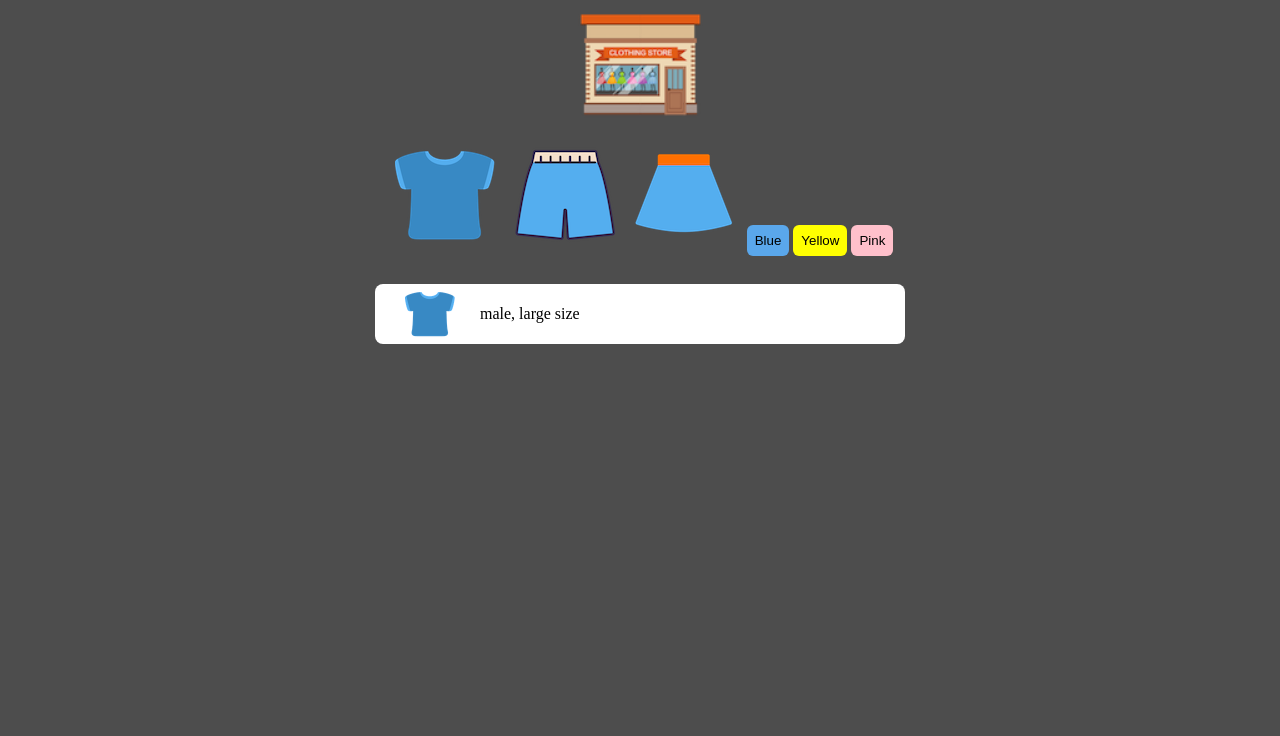
Repository: keehoonjung/Shoppingmall-Game
Page: index.html
These files come from the project's save history. The page is drawn as it stood at one moment and after the next save; the edit follows.
The browser window is 1280 px wide. The pictures show the whole page.

Above is the page before, as saved 2021-08-12 19:25:18.
Console error: TypeError: Cannot read properties of null (reading 'addEventListener')

### index.html
<!DOCTYPE html>
<html lang="en">
<head>
    <meta charset="UTF-8">
    <meta http-equiv="X-UA-Compatible" content="IE=edge">
    <meta name="viewport" content="width=device-width, initial-scale=1.0">
    <title>Shoppingamll Game</title>
    <link rel="stylesheet" href="style.css">
    <script src="main.js" defer></script>
</head>
<body>
    <header class="header">
        <img src="./imgs/logo.png" alt="header" class="header__logo">
    </header>
    <section class="buttons type">
        <button class="button">
            <img src="./imgs/blue_t.png" alt="shirt" class="button__img">
        </button>
        <button class="button type">
            <img src="./imgs/blue_p.png" alt="pants" class="button__img">
        </button>
        <button class="button type">
            <img src="./imgs/blue_s.png" alt="" class="button__img">
        </button>
        <button class="button color blue">
            Blue
        </button>
        <button class="button color yellow">
            Yellow
        </button>
        <button class="button color pink">
            Pink
        </button>
    </section>
    <ul class="items">
        <li class="item" data-type="shirt" data-color="blue">
            <img src="./imgs/blue_t.png" alt="blueshirt" class="item__thumbnail">
            <span class="item__description">male, large size</span>
        </li>
    </ul>
</body>
</html>

### style.css
:root {
  /* color */
  --color-white: #ffffff;
  --color-dark-grey: #4d4d4d;
  --color-blue: #73aace;
  --color-orange: #feb546;
  --color-pink: #fd7bcc;

  /* size */
  --button-img-size: 60px;

  /* fontsize */
  --font-size: 18px;

  /* animatione */
  --animation-duration: 300ms;

  /* basic space */
  --basic-space: 8px;

  /* border */
  --border-size: 6px;
}

body {
  background-color: var(--color-dark-grey);
  display: flex;
  flex-direction: column;
  justify-content: center;
  text-align: center;
  height: 100vh;
}

.button {
  outline: none;
  border: none;
  background-color: transparent;
  border-radius: var(--border-size);
  padding: var(--basic-space);
  cursor: pointer;
  transition: transform var(--animation-duration) ease-in;
}

.button:hover {
  transform: scale(1.1);
}

.header__logo {
  width: 125px;
  cursor: pointer;
  transition: transform 300ms ease-in;
}

.header__logo:hover {
  transform: scale(1.1);
}

.filter {
  display: flex;
  justify-content: center;
  margin: 0;
  padding: 0;
  padding-left: 60px;
}

.filter__btn {
  padding-right: 24px;
}

.filter__btn img {
  height: 50px;
  cursor: pointer;
  transition: transform 300ms ease-in;
}

.filter__btn img:hover {
  transform: scale(1.1);
}

.blue {
  background-color: rgb(90, 167, 235);
}

.yellow {
  background-color: yellow;
}

.pink {
  background-color: pink;
}

.items {
  padding: 0;
  overflow-y: auto;
  height: 500px;
}

.item {
  background-color: white;
  margin-bottom: 12px;
  width: 500px;
  height: 60px;
  margin: 12px auto;
  border-radius: 8px;
  display: flex;
  align-items: center;
  padding-left: 30px;
}

.item.visible {
  display: flex;
}

.item img {
  height: 50px;
}

.item span {
  margin-left: 25px;
}

### main.js
"use strict";

const navi = document.querySelector(".filter");
const itemList = document.querySelector(".items");
const allItem = Array.from(document.querySelectorAll(".item"));
const headerLogo = document.querySelector(".header__logo");

headerLogo.addEventListener("click", () => {
  createAll();
});

navi.addEventListener("click", (evnet) => {
  const tag = event.target.tagName;
  const targetName = event.target.classList.value;
  if (tag == "IMG") {
    const items = allItem.filter((item) => item.dataset.type == targetName);
    deleteAll();
    items.forEach((item) => {
      item.classList.add("visible");
    });
  } else if (tag == "BUTTON") {
    const items = allItem.filter((item) => item.dataset.color == targetName);
    deleteAll();
    items.forEach((item) => {
      item.classList.add("visible");
    });
  }
});

function deleteAll() {
  allItem.forEach((item) => {
    item.classList.remove("visible");
  });
}

function createAll() {
  allItem.forEach((item) => {
    item.classList.add("visible");
  });
}

After the next save:
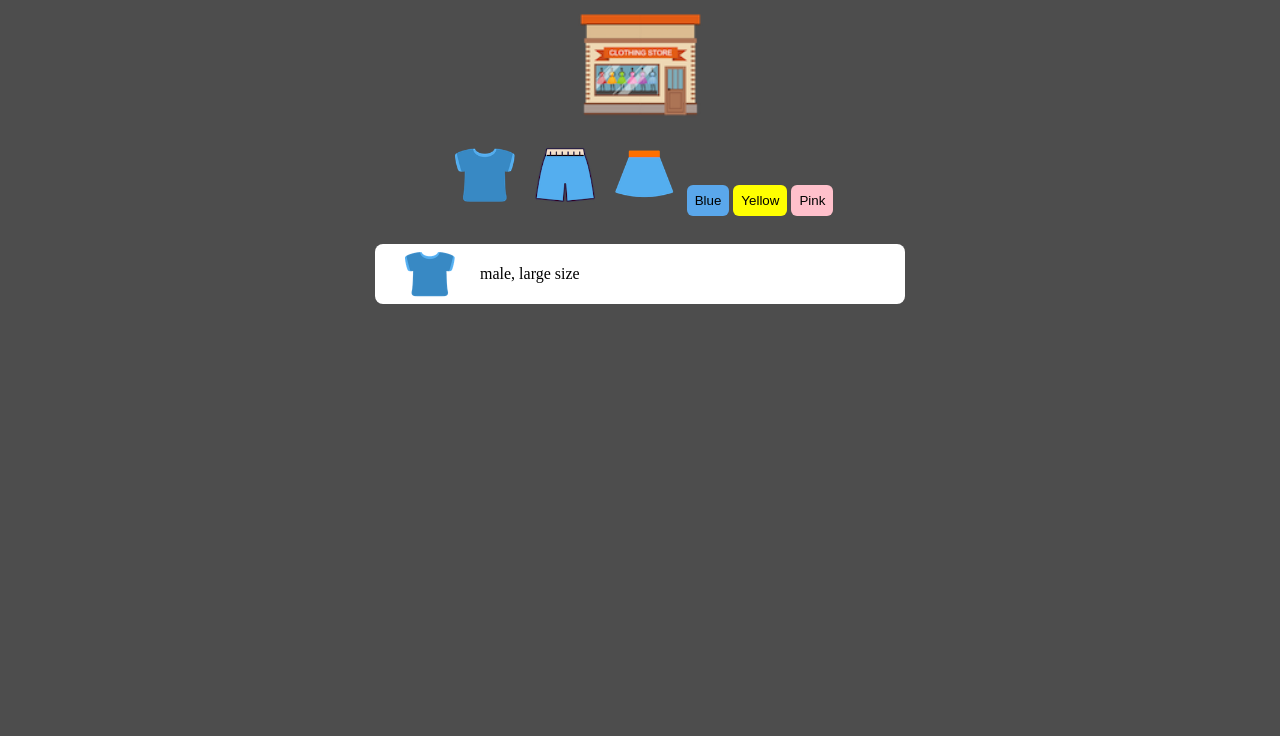
Saved 27 s later.
--- a/style.css
+++ b/style.css
@@ -43,6 +43,10 @@ body {
 
 .button:hover {
   transform: scale(1.1);
+}
+
+.button__img {
+  width: var(--button-img-size);
 }
 
 .header__logo {
